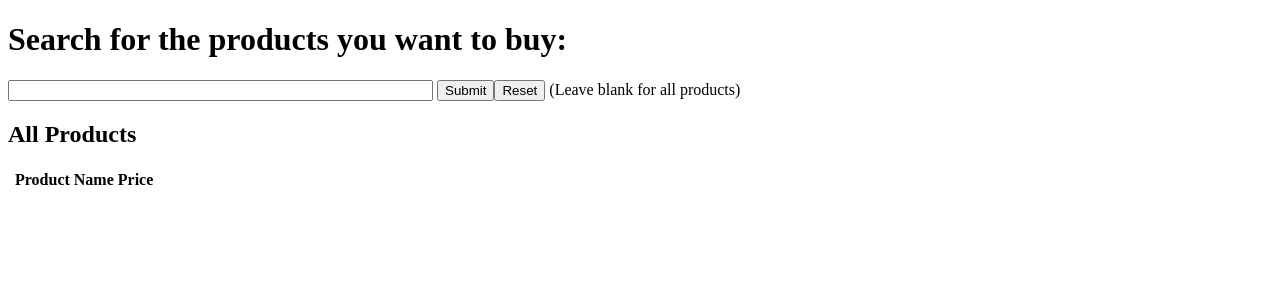
Repository: rstevenson6/304Project
Page: http://localhost/GroupProject/listprod.jsp
The author's editor kept a copy of each file at every save. The page is drawn from the files as they stood at one save, then again after the next save.
The browser window is 1280 px wide. The pictures show the whole page.
The page is served by Tomcat 9. Other server files are loaded and not shown. Queries for data that is not in the repository find no rows.

Above is the page before, as saved 2016-11-22 06:08:48.

### GroupProject/WebContent/listprod.jsp
<%@ page import="java.sql.*" %>
<%@ page import="java.text.NumberFormat" %>
<%@ page contentType="text/html; charset=UTF-8" pageEncoding="UTF8"%>
<!DOCTYPE html>
<html>
<head>
<title>Ray's Grocery</title>
</head>
<body>

<h1>Search for the products you want to buy:</h1>

<form method="get" action="listprod.jsp">
<input type="text" name="productName" size="50">
<input type="submit" value="Submit"><input type="reset" value="Reset"> (Leave blank for all products)
</form>

<%
	// Get product name to search for
	String name = request.getParameter("productName");
	boolean hasParameter = false;
	String sql = "";

	if (name == null)
		name = "";

	if (name.equals(""))
	{
		out.println("<h2>All Products</h2>");
		sql = "SELECT productId, productName, price FROM Product";
	}
	else
	{
		out.println("<h2>Products containing '" + name + "'</h2>");
		hasParameter = true;
		sql = "SELECT productId, productName, price FROM Product WHERE productName LIKE ?";
		name = '%' + name + '%';
	}

	Connection con = null;
	String url = "jdbc:sqlserver://sql04.ok.ubc.ca:1433;DatabaseName=db_rlawrenc;";
	String uid = "rlawrenc";
	String pw = "test";
	NumberFormat currFormat = NumberFormat.getCurrencyInstance();

	try
	{
		con = DriverManager.getConnection(url, uid, pw);
		PreparedStatement pstmt = con.prepareStatement(sql);
		if (hasParameter)
			pstmt.setString(1, name);

		ResultSet rst = pstmt.executeQuery();
		out.println("<table><tr><th></th><th>Product Name</th><th>Price</th></tr>");
		while (rst.next())
		{
			out.print("<tr><td><a href=\"addcart.jsp?id=" + rst.getInt(1) + "&name=" + rst.getString(2)
					+ "&price=" + rst.getDouble(3) + "\">Add to Cart</a></td>");
			out.println("<td>" + rst.getString(2) + "</td>" + "<td>" + currFormat.format(rst.getDouble(3))
					+ "</td></tr>");
		}
		out.println("</table>");
	}
	catch (SQLException ex)
	{
		out.println(ex);
	}
	finally
	{
		try
		{
			if (con != null)
				con.close();
		}
		catch (SQLException ex)
		{
			out.println(ex);
		}
	}
%>
</body>
</html>

After the next save:
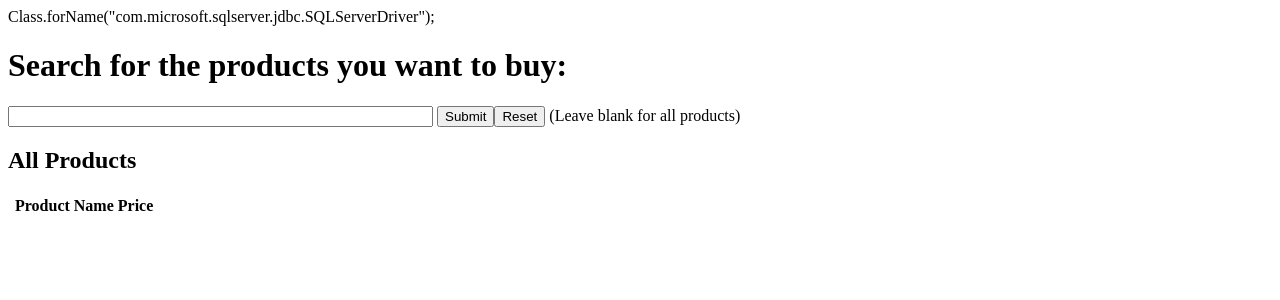
Saved 6 s later.
--- a/GroupProject/WebContent/listprod.jsp
+++ b/GroupProject/WebContent/listprod.jsp
@@ -7,7 +7,7 @@
 <title>Ray's Grocery</title>
 </head>
 <body>
-
+Class.forName("com.microsoft.sqlserver.jdbc.SQLServerDriver");
 <h1>Search for the products you want to buy:</h1>
 
 <form method="get" action="listprod.jsp">
